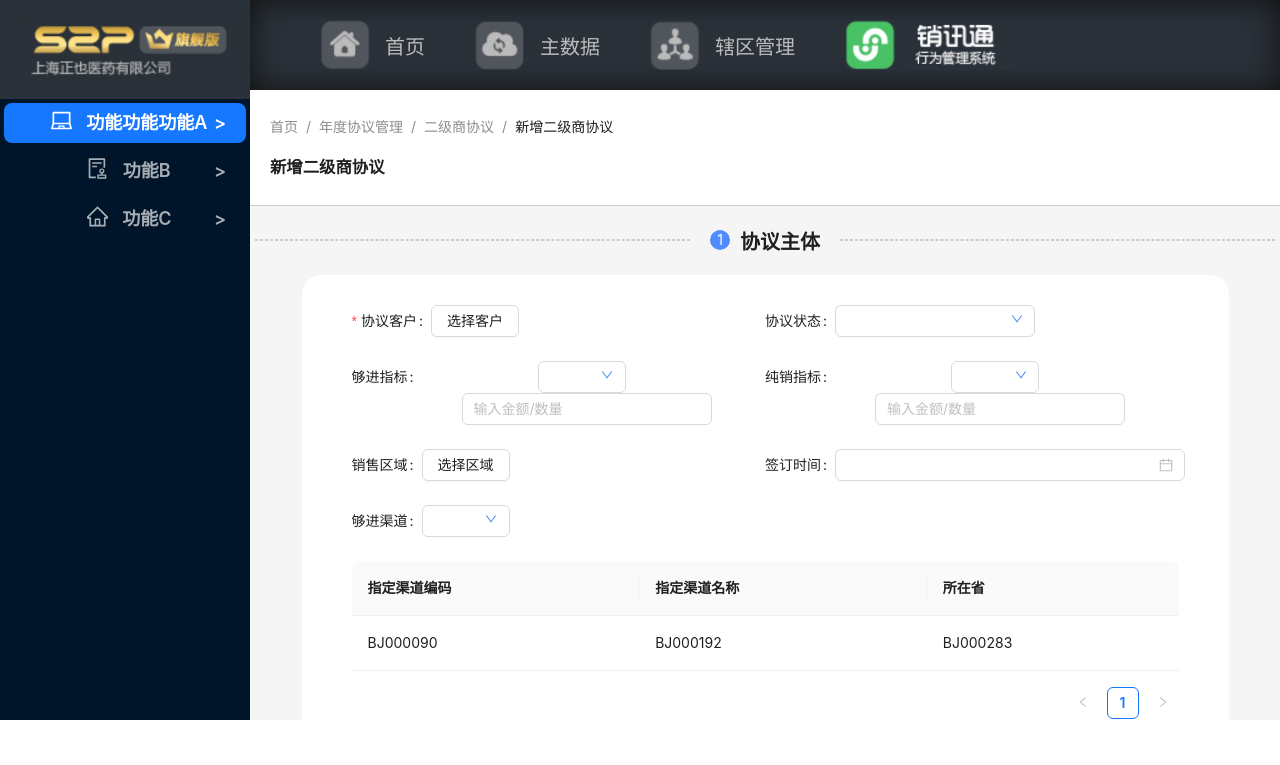
Repository: XiChips/questionB
Page: /
An editor plug-in stored every save of this project. The page is shown before and after the next save, followed by the edit.
The browser window is 1280 px wide. The pictures show the whole page.
The project was rebuilt for these pictures with package versions that can differ from the ones it lists, and the page was loaded fresh each time. Also part of the build but not shown: vue.config.js.

Above is the page before, as saved 2024-02-28 13:27:46.

### src/main.js
import { createApp } from 'vue'
import App from './App.vue'
import router from './router'
import store from './store'
import { setupAntd } from './ant-design-vue/index'
import { message } from "ant-design-vue";
import './assets/css/index.css'
// import axios from "axios";
// moment.locale('zh-cn')
const app = createApp(App)
setupAntd(app)
// app.use(Button).use(Layout)
app.use(store).use(router).mount('#app')



// app.config.globalProperties.$axios = axios
app.config.globalProperties.$message = message

### src/router/index.js
import { createRouter, createWebHashHistory } from 'vue-router'

const routes = [
  {
    path: '/',
    name: 'home',
    component: () => import('../views/home.vue')
  },
  {
    path: '/about',
    name: 'about',

    component: () => import('../views/AboutView.vue')
  }
]

const router = createRouter({
  history: createWebHashHistory(),
  routes
})

export default router

### src/ant-design-vue/index.js
import { Button, Layout, Image, Form, Checkbox,Radio, Input, Popover, Menu, Drawer, Breadcrumb, Typography, message, Divider, Table, DatePicker, Popconfirm, Space, InputNumber, Select, PageHeader, Steps, Statistic, Transfer, Upload, Switch, Modal, Tabs } from 'ant-design-vue';

// import 'ant-design-vue/dist/antd.min.css'

const components = [
    Button,
    Layout,
    Form,
    Input,
    Menu,
    Breadcrumb,
    Table,
    Popconfirm,
    Select,
    PageHeader,
    Steps,
    Transfer,
    Upload,
    Switch,
    Modal,
    Tabs,
    Statistic,
    InputNumber,
    Space,
    DatePicker,
    Divider,
    Image,
    Typography,
    Drawer,
    Popover,
    Radio,
    Checkbox
]

export function setupAntd(app) {
    components.forEach(component => {
        app.use(component)
    })
    app.config.globalProperties.$message = message
}

### src/assets/css/index.css
body {
    margin: 0;
}

.logo img {
    width: 100%;
}

:where(.css-dev-only-do-not-override-1hsjdkk).ant-menu-dark {
    background-color: rgb(42, 49, 57);
}

.ant-menu .anticon {
    margin-right: 10px;
    font-size   : 18px;
}


.ant-upload-select-picture-card i {
    font-size: 32px;
    color    : #999;
}

.ant-upload-select-picture-card .ant-upload-text {
    margin-top: 8px;
    color     : #666;
}

.ant-upload-list-picture-card .ant-upload-list-item:hover .ant-upload-list-item-info:before {
    left: 0;
}

.ant-page-header {
    background: #fff;
}

.ant-page-header.has-breadcrumb {
    padding: 5px 24px;
}

.ant-menu {
    font-size  : 18px;
    font-weight: 600;
}

.ant-tabs-tab span {
    color      : #000;
    font-weight: bold;
    display    : inline-block;
}


.ant-upload-list-picture-card .ant-upload-list-item-info:before {
    left: 0
}

hr {
    width       : 90%;
    margin      : 0 auto;
    border-color: #99999910;
}

.title {
    background-color: rgb(42, 49, 57);
    display         : flex;
    height          : fit-content;
    padding         : 20px 70px;
    color           : rgb(187, 187, 187);
    box-shadow      : inset 0px 0 30px #111;
}

.title>div {
    margin-right: 50px;
    font-size   : 20px;
}

.title img {
    width         : 50px;
    height        : 50px;
    margin-right  : 15px;
    vertical-align: middle;
}

.title span {
    display         : inline-block;
    vertical-align  : middle;
    /* margin-bottom: 5px; */
}

:where(.css-dev-only-do-not-override-1hsjdkk).ant-menu-inline.ant-menu-root .ant-menu-item>.ant-menu-title-content,
:where(.css-dev-only-do-not-override-1hsjdkk).ant-menu-inline.ant-menu-root .ant-menu-submenu-title>.ant-menu-title-content {
    flex: none;
}

.ant-menu .anticon svg {
    width : 1.5em;
    height: 1.5em;
}

.title2 {
    display        : flex;
    justify-content: space-between;
    align-items    : center;
}

.title2>div {
    width: 300px;
}

.title2 hr {
    height: 1px;
    border: 1px dashed #ccc;
    margin: 0 5px;
}

.title2 span {
    display         : inline-block;
    width           : 20px;
    height          : 20px;
    line-height     : 20px;
    background-color: rgb(79, 140, 255);
    color           : #fff;
    border-radius   : 50%;
    margin-right    : 10px;
    vertical-align  : middle;
}


.title2 p {
    display       : inline-block;
    font-size     : 20px;
    vertical-align: middle;
    font-weight   : bold;
}

.area {
    background-color: #fff;
    border-radius   : 20px;
    width           : 90%;
    margin          : 0 auto;
    padding         : 30px 50px;
}

.line2 {
    display        : flex;
    justify-content: space-between;
}

.line2>div {
    width: 50%;
}

.area .ant-form-item-control-input {
    width: 25vw;
}

.ant-form-item-control-input-content {
    flex: none !important;
}

:where(.css-dev-only-do-not-override-1hsjdkk).ant-form-item .ant-form-item-label {
    /* position: relative; */
    overflow: visible;
}

:where(.css-dev-only-do-not-override-1hsjdkk).ant-form-item .ant-form-item-label>label.ant-form-item-required:not(.ant-form-item-required-mark-optional)::before {
    position: absolute;
    left    : -12px;
    top     : 7px
}

:where(.css-dev-only-do-not-override-1hsjdkk).ant-select .ant-select-arrow .anticon>svg{
    vertical-align: middle;
}

### src/views/home.vue
<template>
  <a-layout>
    <a-layout>
      <a-layout-sider width="250">
        <a-menu theme="dark" v-model:selectedKeys="selectedKeys" v-model:openKeys="openKeys" mode="inline" :style="{ height: '100%', borderRight: 0 }">
          <div class="logo">
            <img src="../assets/images/logo.png" alt="">
          </div>
          <!-- <hr /> -->

          <div v-for="(item, i) in links" style="display: flex;justify-content: space-between;">
            <a-menu-item v-if="item.children == undefined" :key="`item${i}_0`" @click="changeTab(item.name)">
              <LaptopOutlined v-if="item.name == '功能功能功能A'" />
              <AuditOutlined v-if="item.name == '功能B'" />
              <HomeOutlined v-if="item.name == '功能C'" />
              {{ item.name }}
              <span style="position: absolute;right: 20px;">{{ ">" }}</span>
            </a-menu-item>

          </div>
        </a-menu>
      </a-layout-sider>
      <a-layout style="padding: 0px 0px 24px" theme="dark">
        <a-layout-content :style="{ background: 'rgb(245,245,245)', padding: '0px', margin: 0, minHeight: '280px', }">

          <div class="title">
            <div><img src="../assets/images/icon1.png" alt=""><span>首页</span></div>
            <div><img src="../assets/images/icon2.png" alt=""><span>主数据</span></div>
            <div><img src="../assets/images/icon3.png" alt=""><span>辖区管理</span></div>
            <div><img src="../assets/images/icon4.png" alt=""><img src="../assets/images/text.png" style="width: auto;margin-left: -5px;" alt=""></div>
          </div>
          <div style="padding: 10px 20px;background-color: rgb(255,255,255);border-bottom: 1px solid #ccc;">
            <a-breadcrumb :style="{ margin: '36px 20px' }">
              <a-breadcrumb-item>首页</a-breadcrumb-item>
              <a-breadcrumb-item>年度协议管理</a-breadcrumb-item>
              <a-breadcrumb-item>二级商协议</a-breadcrumb-item>
              <a-breadcrumb-item>新增二级商协议</a-breadcrumb-item>
            </a-breadcrumb>
            <h3 style="text-align: left;">
              新增二级商协议
            </h3>
          </div>
          <div class="content">
            <div class="title2">
              <hr>
              <div>
                <span>1</span>
                <p>协议主体</p>
              </div>
              <hr>
            </div>
            <div class="area">
              <a-form :model="formState" autocomplete="off" @finish="onFinish" @finishFailed="onFinishFailed">
                <div class="line2">

                  <a-form-item label="协议客户" :rules="[{ required: true}]">
                    <a-button v-if="visible" @click="selectCustom">选择客户</a-button>
                    <a-select defaultOpen v-if="!visible" v-model:value="inputs.value1c" show-search placeholder="" style="width: 200px" :options="options" :filter-option="filterOption" @focus="handleFocus" @blur="handleBlur" @change="changeCustom"></a-select>
                    <span style="margin-left: 20px;">{{ inputs.value1 }}</span>
                  </a-form-item>
                  <a-form-item label="协议状态">
                    <a-select v-model:value="inputs.value2" placeholder="" style="width: 200px" :options="options2" :filter-option="filterOption" @focus="handleFocus" @blur="handleBlur" @change="handleChange">
                      <template #suffixIcon>
                        <down-outlined style="width: 15px;height: 15px;color: rgb(78,139,254);" />
                      </template>
                    </a-select>
                  </a-form-item>
                </div>
                <div class="line2">
                  <a-form-item label="够进指标">
                    <a-select v-model:value="inputs.value3" placeholder="" style="width: 88px" :options="options3" :filter-option="filterOption" @focus="handleFocus" @blur="handleBlur" @change="handleChange">
                      <template #suffixIcon>
                        <down-outlined style="width: 15px;height: 15px;color: rgb(78,139,254);" />
                      </template>
                    </a-select>
                    <a-input v-model:value="inputs.value3" placeholder="输入金额/数量" style="width: 250px;margin-left: 10px;"></a-input>
                  </a-form-item>
                  <a-form-item label="纯销指标">
                    <a-select v-model:value="inputs.value3" placeholder="" style="width: 88px" :options="options3" :filter-option="filterOption" @focus="handleFocus" @blur="handleBlur" @change="handleChange">
                      <template #suffixIcon>
                        <down-outlined style="width: 15px;height: 15px;color: rgb(78,139,254);" />
                      </template>
                    </a-select>
                    <a-input v-model:value="inputs.value3" placeholder="输入金额/数量" style="width: 250px;margin-left: 10px;"></a-input>
                  </a-form-item>
                </div>
                <div class="line2">
                  <a-form-item label="销售区域">
                    <a-button v-if="visible2" @click="selectArea">选择区域</a-button>
                    <a-select v-if="!visible2" v-model:value="inputs.value7c" placeholder="" style="width: 88px" :options="options4" :filter-option="filterOption" @focus="handleFocus" @blur="handleBlur" @change="changeArea">
                      <template #suffixIcon>
                        <down-outlined style="width: 15px;height: 15px;color: rgb(78,139,254);" />
                      </template>
                    </a-select>
                    <a-button type="primary" v-if="inputs.value7.length" v-for="(item,id) in inputs.value7" style="margin-left: 10px;"><span @click="deleteItem(id)">{{ item }}
                        <close-outlined /></span></a-button>
                  </a-form-item>
                  <a-form-item label="签订时间">
                    <a-date-picker placeholder="" show-time v-model:value="value1" style="width:350px" />
                  </a-form-item>
                </div>
              </a-form>
              <div class="line2">
                <a-form-item label="够进渠道">
                  <a-select v-model:value="inputs.value3" placeholder="" style="width: 88px" :options="options5" :filter-option="filterOption" @focus="handleFocus" @blur="handleBlur" @change="handleChange">
                    <template #suffixIcon>
                      <down-outlined style="width: 15px;height: 15px;color: rgb(78,139,254);" />
                    </template>
                  </a-select>
                </a-form-item>
              </div>

              <a-table :dataSource="data" :columns="columns" />

            </div>
          </div>
          <!-- <router-view v-else></router-view> -->
        </a-layout-content>
      </a-layout>

    </a-layout>
  </a-layout>
</template>
<script>
import {
  UserOutlined,
  LaptopOutlined,
  NotificationOutlined,
  HomeOutlined,
  TeamOutlined,
  DesktopOutlined,
  BarChartOutlined,
  ContactsOutlined,
  AuditOutlined,
  ScheduleOutlined,
  ToolOutlined,
  FundProjectionScreenOutlined,
  UserSwitchOutlined,
  TransactionOutlined,
  DownOutlined,
  CloseOutlined
} from "@ant-design/icons-vue";
import { defineComponent, ref } from "vue";

export default defineComponent({
  components: {
    UserOutlined,
    LaptopOutlined,
    NotificationOutlined,
    HomeOutlined,
    TeamOutlined,
    DesktopOutlined,
    BarChartOutlined,
    ContactsOutlined,
    AuditOutlined,
    ScheduleOutlined,
    ToolOutlined,
    FundProjectionScreenOutlined,
    UserSwitchOutlined,
    TransactionOutlined,
    DownOutlined,
    CloseOutlined
  },
  name: "home",
  data() {
    return {
      activeKey: 0,
      formState: {
        username: "",
        password: "",
      },
      inputs: {
        value1: "",
        value1c: "",
        value2: "",
        value3: "",
        value4: "",
        value7c: "",
        value7: [],
      },
      visible: true,
      visible2: true,
      links: [
        {
          name: "功能功能功能A",
        },
        {
          name: "功能B",
        },
        {
          name: "功能C",
        },
      ],
      options: [{ value: "上海正也医药有限公司", id: "上海正也医药有限公司" }],
      options2: [{ value: "正常", id: "正常" }, { value: "异常", id: "异常" }],
      options3: [{ value: "金额", id: "金额" }, { value: "金额", id: "金额" }],
      options4: [{ value: "全国", id: "全国" }, { value: "上海", id: "上海" }],
      options5: [{ value: "指定渠道", id: "指定渠道" }],
      pages: [{ name: "首页", link: "/" }],
      data: [{
        col1: "BJ000090",
        col2: "BJ000192",
        col3: "BJ000283",
      }],
      columns: [
        {
          title: '指定渠道编码',
          dataIndex: 'col1',
          key: 'col1',
        },
        {
          title: '指定渠道名称',
          dataIndex: 'col2',
          key: 'col2',
        },
        {
          title: '所在省',
          dataIndex: 'col3',
          key: 'col3',
        }
      ],
      routes: [],
    };
  },
  setup() {
    return {
      selectedKeys: ref(["item0_0"]),
      collapsed: ref(false),
      openKeys: ref(["title1"]),
      basePath: "/index",
    };
  },
  methods: {
    changeTab() {

    },
    selectCustom() {
      this.visible = false
      this.inputs.value1c = ""
    },
    changeCustom() {
      this.visible = true
      this.inputs.value1 = this.inputs.value1c
    },
    selectArea() {
      this.visible2 = false
      this.inputs.value7c = ""
    },
    changeArea() {
      this.inputs.value7.push(this.inputs.value7c)
      this.inputs.value7 = Array.from(new Set(this.inputs.value7))
      this.inputs.value7c = ""
    },
    deleteItem(id) {
      this.inputs.value7.splice(id, 1)
    }
  },
  created() { },
  beforeMounte() { },
  mounted() {

  },
  watch: {
    $route(to, from) {
      // console.log(from.path);//从哪来
      // console.log(to.path);//到哪去
    },
  },
});
</script>
<style>
.ant-layout {
  height: 100vh;
}
.ant-breadcrumb {
  margin: 16px 0 !important;
}
</style>

Loaded but not shown: public/index.html (common file); src/App.vue (common file); src/store/index.js (common file)

After the next save:
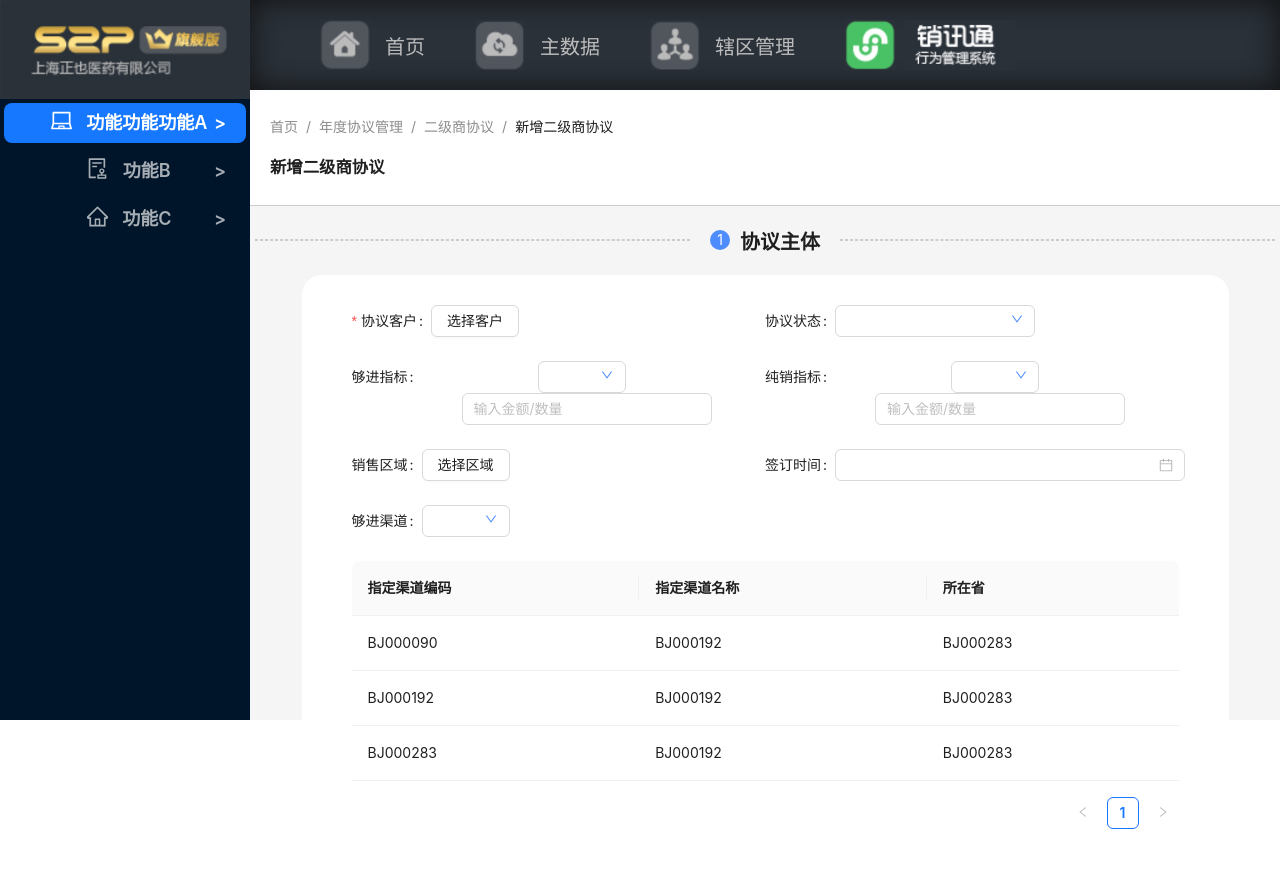
Saved 12 s later.
--- a/src/views/home.vue
+++ b/src/views/home.vue
@@ -201,6 +201,16 @@
         col1: "BJ000090",
         col2: "BJ000192",
         col3: "BJ000283",
+      },
+    {
+        col1: "BJ000192",
+        col2: "BJ000192",
+        col3: "BJ000283",
+      },
+    {
+        col1: "BJ000283",
+        col2: "BJ000192",
+        col3: "BJ000283",
       }],
       columns: [
         {
